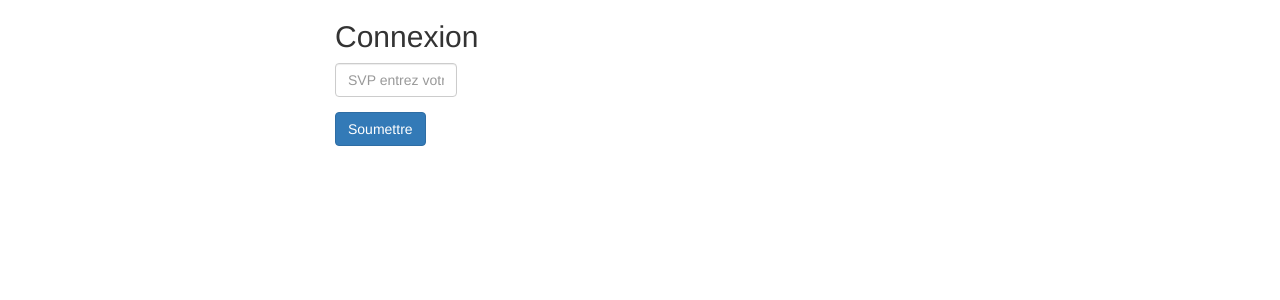
Repository: Caleb-St/CabinetMedical
Page: http://localhost/main.php
These files come from the project's save history. The page is drawn as it stood at one moment and after the next save; the edit follows.
The browser window is 1280 px wide. The pictures show the whole page.
The page is run by PHP 8.4 with error messages shown; the project is at /var/www/html/.

Above is the page before, as saved 2016-04-11 00:40:49.

After the next save:
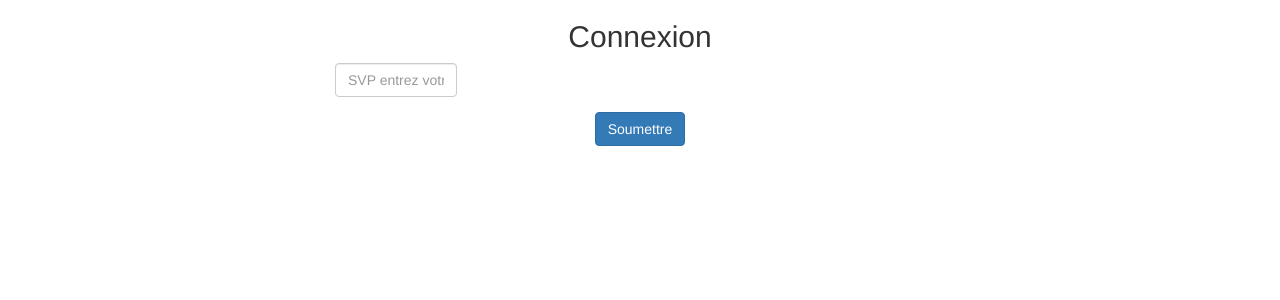
Saved 25 s later.
--- a/dbphp/main.php
+++ b/dbphp/main.php
@@ -12,7 +12,7 @@ session_start();
 </style>
 </head>
 <body>
-<div class="col-md-6 col-md-offset-3">
+<div class="col-md-6 col-md-offset-3" style="text-align:center">
 <form class="form-signin" method="post" action="/CabinetMedical/dbphp/connectDB.php">
 	 	<h2>Connexion</h2>
 		<div class="form-group">
